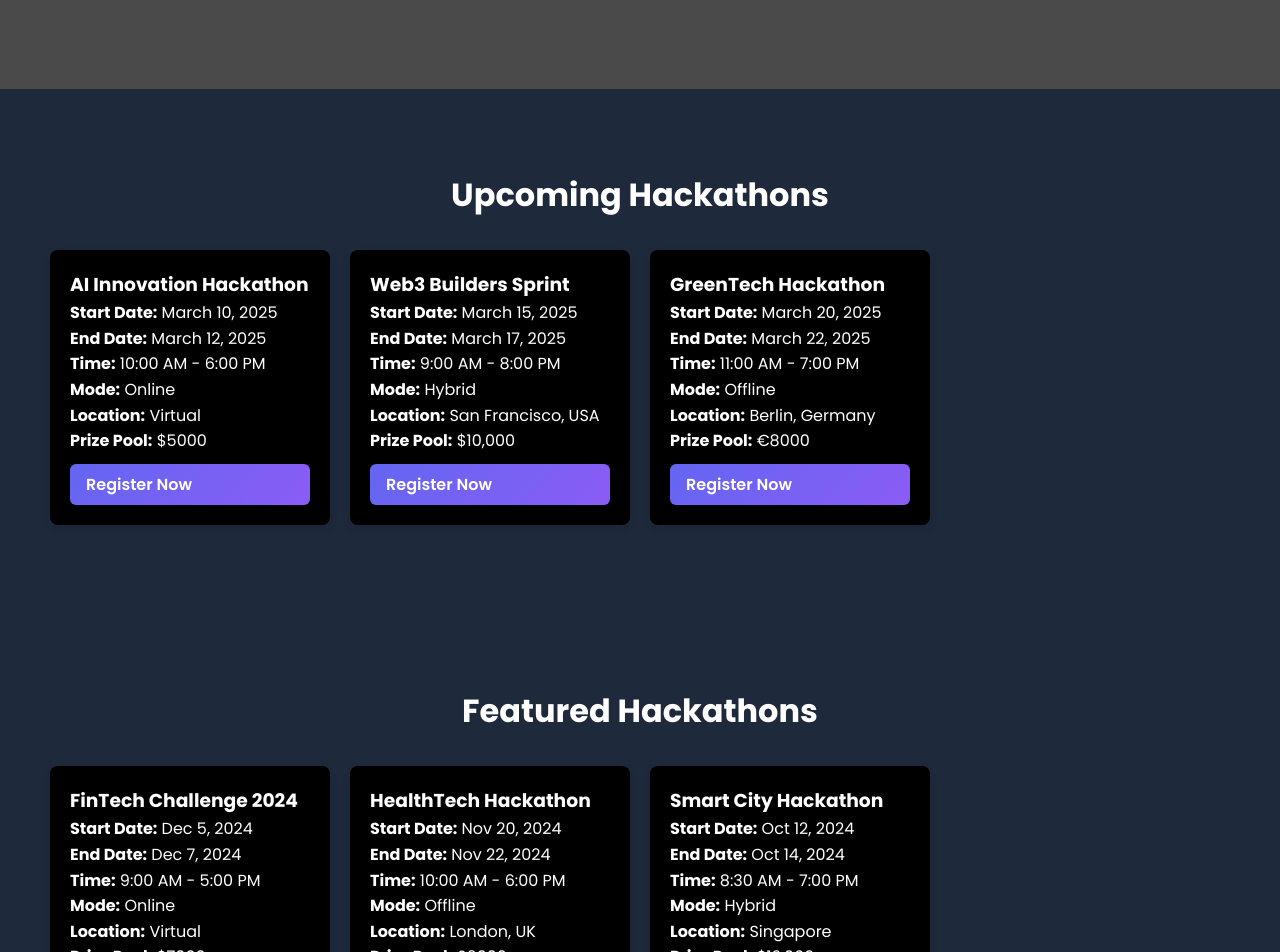
Repository: masihuddin-tech/Hackathon-Project
Page: index.html
An editor plug-in stored every save of this project. The page is shown before and after the next save, followed by the edit.
The browser window is 1280 px wide. The pictures show the part of the page from y = 631 to 1583 px (the page is 1816 px tall before and 1800 px after).
Pictures or frames that could not be fetched are drawn as grey boxes. Backgrounds fixed to the window are drawn as part of the page.

Above is the page before, as saved 2025-09-07 12:48:37.
Not found: app.js

After the next save:
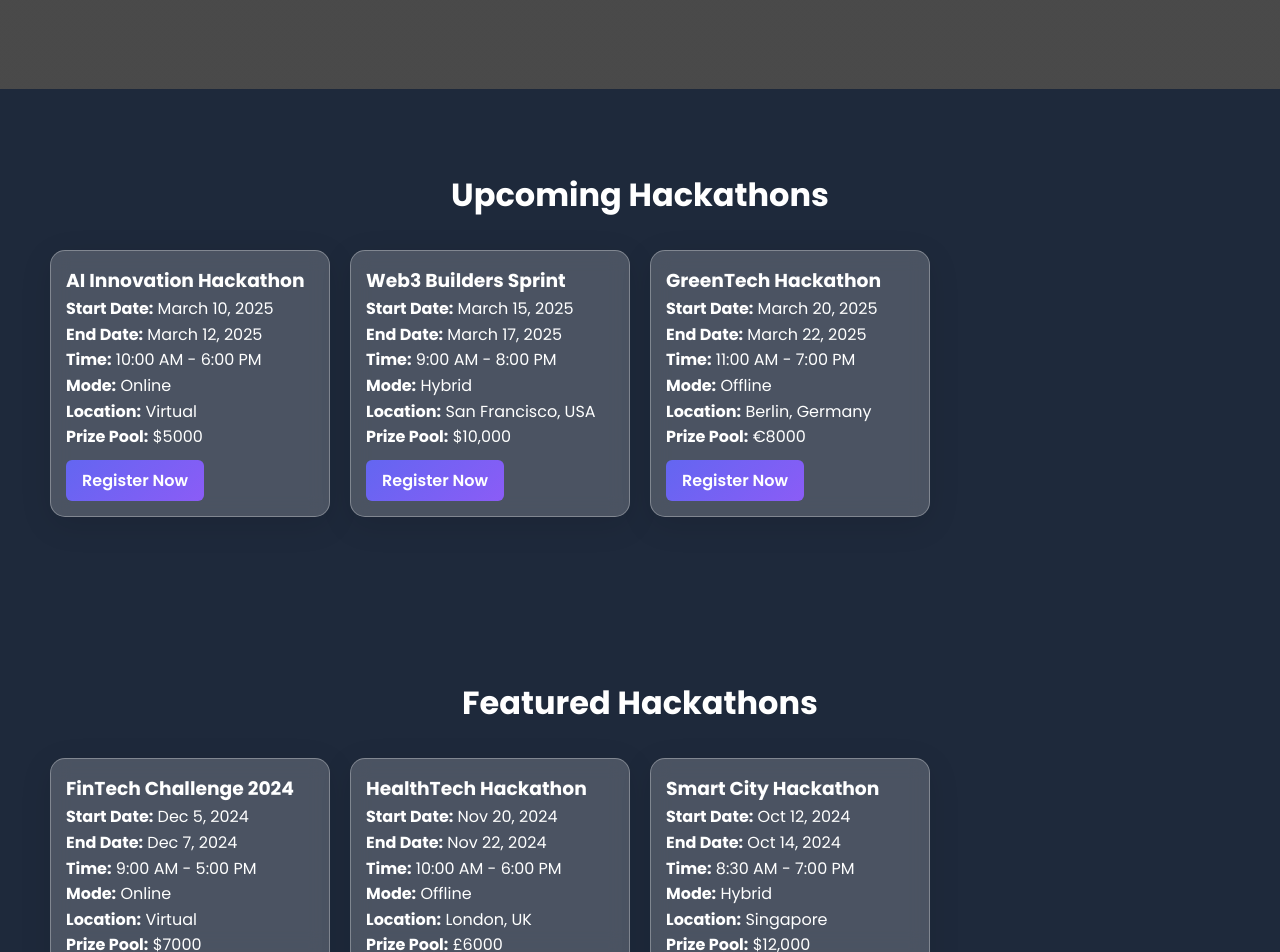
Saved 7 min 13 s later.
--- a/style.css
+++ b/style.css
@@ -195,16 +195,14 @@
 }
 
 .card {
-  background: rgb(0, 0, 0);
-  border-radius: 8px;
-  padding: 20px;
-  box-shadow: 0 4px 8px rgba(0,0,0,0.1);
-  transition: transform 0.3s, box-shadow 0.3s;
-  min-height: 250px;  /* 🔥 Add this to increase card length */
-  display: flex;
-  flex-direction: column;
-  justify-content: space-between; /* keeps button at bottom */
-}
+    background: rgba(255, 255, 255, 0.2);
+    backdrop-filter: blur(10px);
+    border-radius: 15px;
+    border: 1px solid rgba(255, 255, 255, 0.3);
+    padding: 15px;
+    box-shadow: 0 8px 32px rgba(0, 0, 0, 0.1); /* optional for depth */
+}
+
 
 .card:hover {
   transform: translateY(-6px) scale(1.02);

After the save that followed:
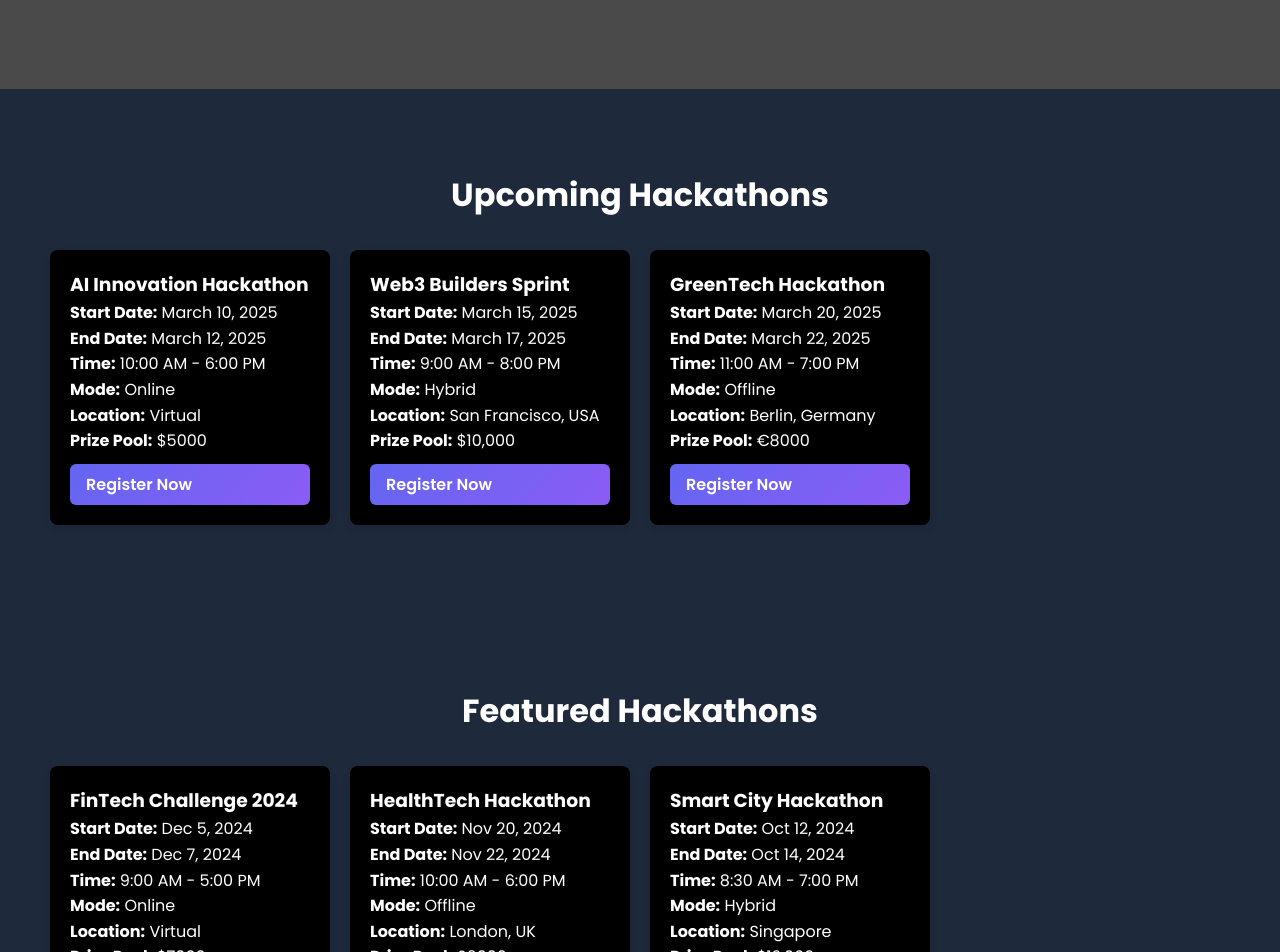
Saved 13 s later.
--- a/style.css
+++ b/style.css
@@ -195,14 +195,16 @@
 }
 
 .card {
-    background: rgba(255, 255, 255, 0.2);
-    backdrop-filter: blur(10px);
-    border-radius: 15px;
-    border: 1px solid rgba(255, 255, 255, 0.3);
-    padding: 15px;
-    box-shadow: 0 8px 32px rgba(0, 0, 0, 0.1); /* optional for depth */
-}
-
+  background: rgb(0, 0, 0);
+  border-radius: 8px;
+  padding: 20px;
+  box-shadow: 0 4px 8px rgba(0,0,0,0.1);
+  transition: transform 0.3s, box-shadow 0.3s;
+  min-height: 250px;  /* 🔥 Add this to increase card length */
+  display: flex;
+  flex-direction: column;
+  justify-content: space-between; /* keeps button at bottom */
+}
 
 .card:hover {
   transform: translateY(-6px) scale(1.02);
